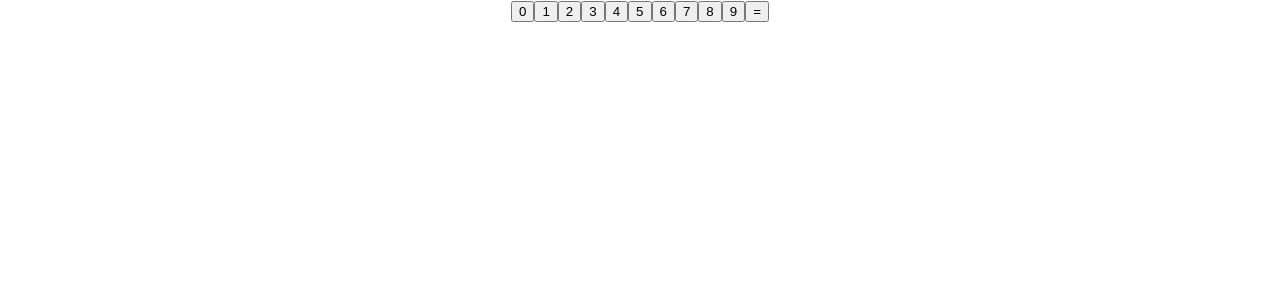
Repository: hoangphuong965/calculator_react
Page: /
The author's editor kept a copy of each file at every save. The page is drawn from the files as they stood at one save, then again after the next save.
The browser window is 1280 px wide. The pictures show the whole page.
The project was rebuilt for these pictures with package versions that can differ from the ones it lists, and the page was loaded fresh each time.

Above is the page before, as saved 2020-08-04 07:50:24.

### src/App.js
import React from "react";
import "./App.css";
import Key from "./component/Key";

function App() {
  return <div className="App">
    <Key />
  </div>;
}

export default App;

### src/component/Key.js
import React from 'react'

function Key() {
     return (
       <div className="key">

         <div className="key-number">
           <button className="data-key">0</button>
           <button className="data-key">1</button>
           <button className="data-key">2</button>
           <button className="data-key">3</button>
           <button className="data-key">4</button>
           <button className="data-key">5</button>
           <button className="data-key">6</button>
           <button className="data-key">7</button>
           <button className="data-key">8</button>
           <button className="data-key">9</button>
           <button className="data-key">=</button>
         </div>
       </div>
     );
}

export default Key

Loaded but not shown: public/index.html (common file); src/index.js (common file); src/index.css (common file); src/serviceWorker.js (common file); src/App.css (common file)

After the next save:
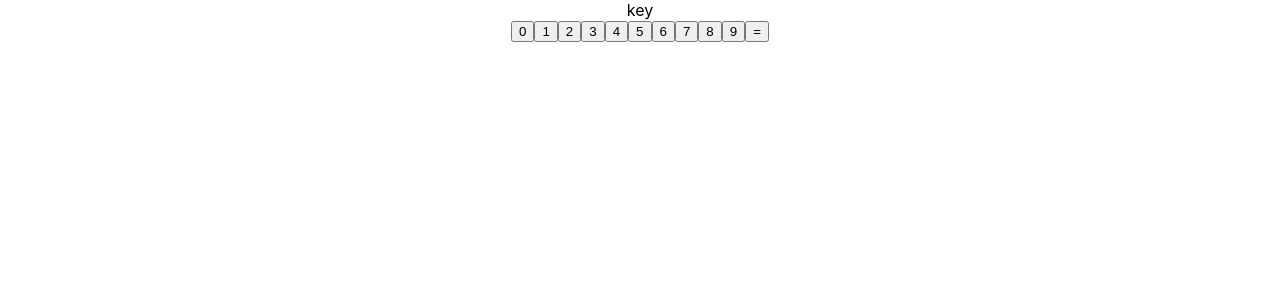
Saved 4 s later.
--- a/src/component/Key.js
+++ b/src/component/Key.js
@@ -3,7 +3,7 @@
 function Key() {
      return (
        <div className="key">
-
+          key
          <div className="key-number">
            <button className="data-key">0</button>
            <button className="data-key">1</button>

After the 4 saves that followed:
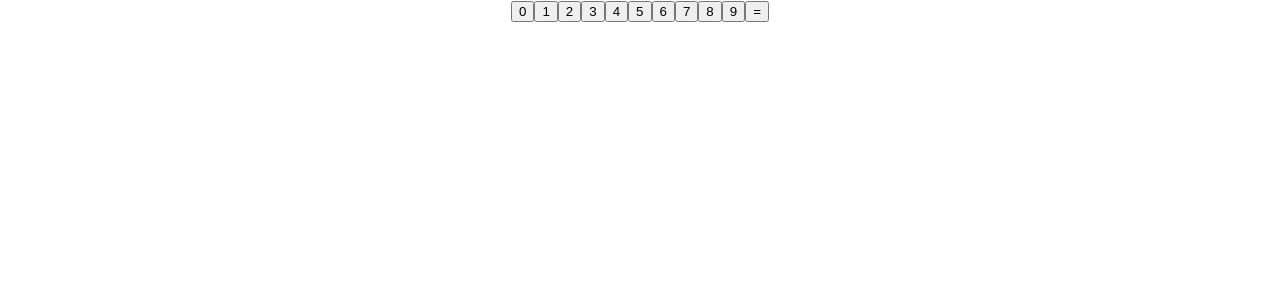
The 4 saves are shown as one change because they came seconds apart.
The last was saved 15 s later.
--- a/src/component/Key.js
+++ b/src/component/Key.js
@@ -1,24 +1,26 @@
-import React from 'react'
+import React from "react";
 
 function Key() {
-     return (
-       <div className="key">
-          key
-         <div className="key-number">
-           <button className="data-key">0</button>
-           <button className="data-key">1</button>
-           <button className="data-key">2</button>
-           <button className="data-key">3</button>
-           <button className="data-key">4</button>
-           <button className="data-key">5</button>
-           <button className="data-key">6</button>
-           <button className="data-key">7</button>
-           <button className="data-key">8</button>
-           <button className="data-key">9</button>
-           <button className="data-key">=</button>
-         </div>
-       </div>
-     );
+  return (
+    <div className="key">
+      <div className="key-reset">
+
+      </div>
+      <div className="key-number">
+        <button className="data-key">0</button>
+        <button className="data-key">1</button>
+        <button className="data-key">2</button>
+        <button className="data-key">3</button>
+        <button className="data-key">4</button>
+        <button className="data-key">5</button>
+        <button className="data-key">6</button>
+        <button className="data-key">7</button>
+        <button className="data-key">8</button>
+        <button className="data-key">9</button>
+        <button className="data-key">=</button>
+      </div>
+    </div>
+  );
 }
 
-export default Key
+export default Key;
